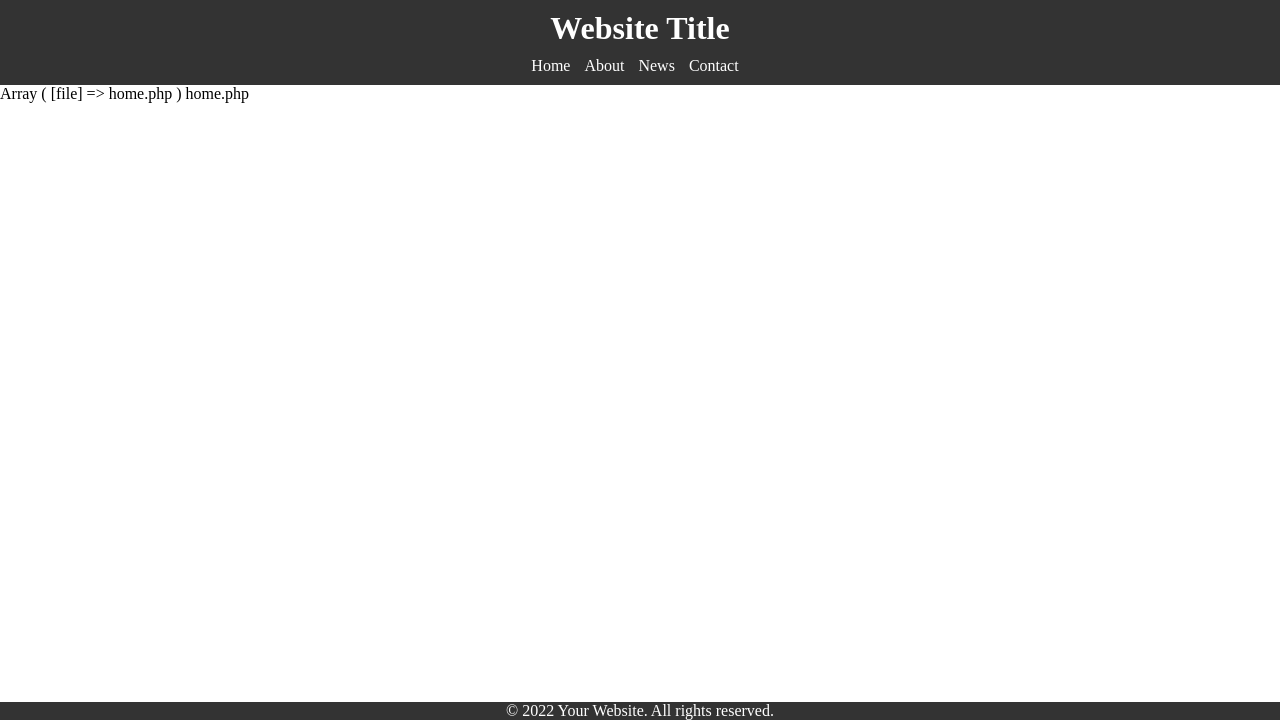
Repository: KHANHD192/Docker_lab
Page: http://localhost/?file=home.php
These files come from the project's save history. The page is drawn as it stood at one moment and after the next save; the edit follows.
The browser window is 1280 px wide. The pictures show the whole page.
The page is run by PHP 8.4 with error messages shown; the project is at /var/www/html/.

Above is the page before, as saved 2024-04-08 16:57:23.

### src/index.php
<!DOCTYPE html>
<html lang="en">
<head>
    <meta charset="UTF-8">
    <meta name="viewport" content="width=device-width, initial-scale=1.0">
    <title>Header</title>
    <!-- Định nghĩa CSS cho header -->
    <style>
        *{
            padding:0;
            margin:0;
        }


        header {
            background-color: #333;
            color: #fff;
            padding: 10px;
            text-align: center;
        }

        nav {
            text-align: center;
            margin-top: 10px;
        }

        nav ul {
            list-style-type: none;
            padding: 0;
            margin: 0;
        }

        nav ul li {
            display: inline;
            margin-right: 10px;
        }

        nav ul li a {
            color: #fff;
            text-decoration: none;
        }

        nav ul li a:hover {
            text-decoration: underline;
        }
        footer {
            background-color: #333;
            color: #fff;
            text-align: center;
            position: fixed;
            bottom: 0;
            width: 100%;
        }
    </style>
</head>
<body>
<header>
        <h1>Website Title</h1>
        <nav>
            <ul>
                <li><a href="?file=home.php">Home</a></li>
                <li><a href="?file=about.php">About</a></li>
                <li><a href="?file=news.php">News</a></li>
                <li><a href="?file=contact.php">Contact</a></li>
            </ul>
        </nav>
    </header>
    <content>
        <?php
        // check empty
        print_r(($_GET));
        if(!empty($_GET["file"])){
            $black_list= array(
                "/etc/issue",
                "/etc/passwd",
                "/etc/shadow",
                "/etc/group",
                "/etc/hosts",
                "/etc/motd",
                "/proc/[0-9]*/fd/[0-9]*",
                "/proc/self/environ",
                "/proc/version",
                "/proc/cmdline",
                "/proc/sched_debug",
                "/proc/mounts",
                "/proc/net/arp",
                "/proc/net/route",
                "/proc/net/tcp"
            );
        $path =str_replace("../","",$_GET['file']);
        echo $path;


        }else{
            include('include/home.php');
        }

        ?>
    </content>
    <footer>
     <p>&copy; 2022 Your Website. All rights reserved.</p>
    </footer>
</body>
</html>

After the next save:
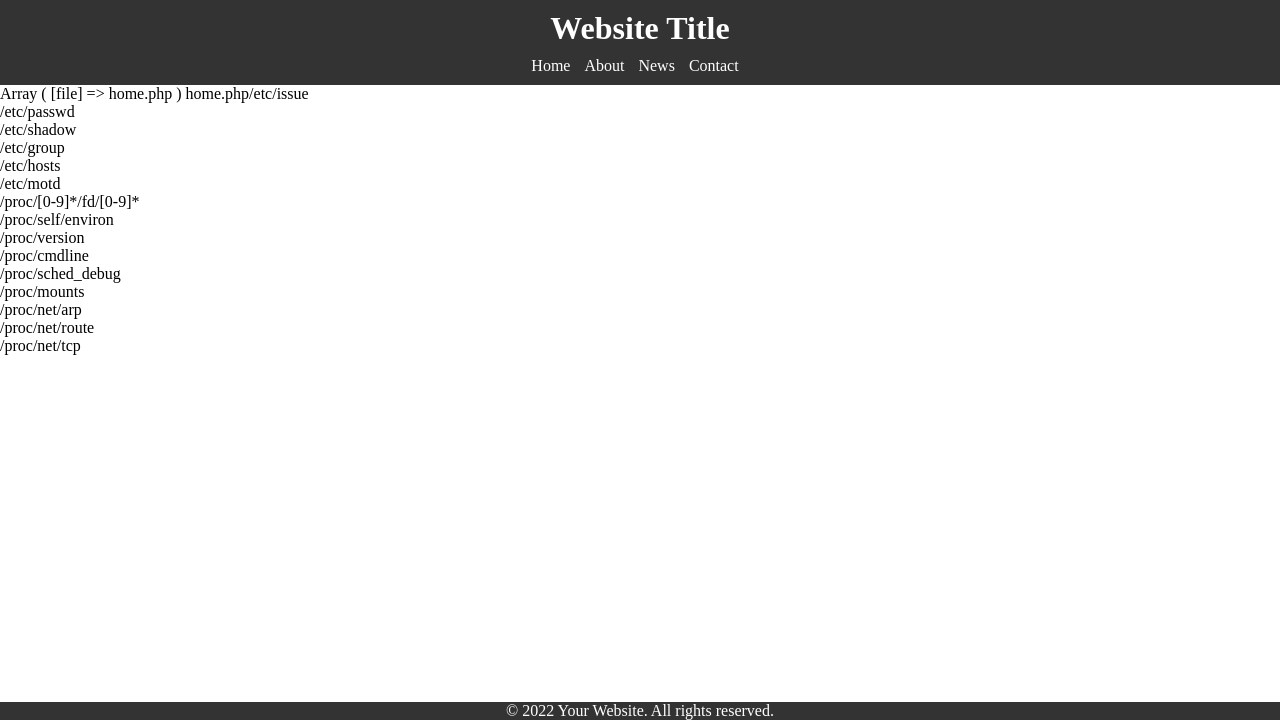
Saved 73 s later.
--- a/src/index.php
+++ b/src/index.php
@@ -89,6 +89,9 @@
             );
         $path =str_replace("../","",$_GET['file']);
         echo $path;
+        foreach($black_list as $item){
+            echo $item."</br>";
+        }
 
 
         }else{
